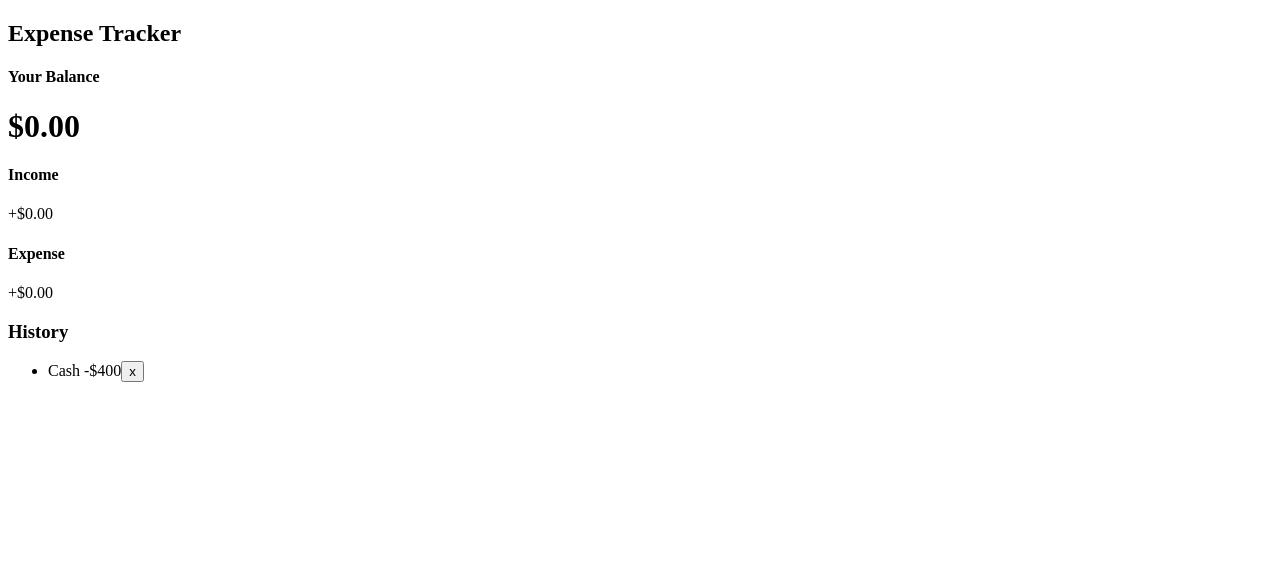
Repository: Youvelop/expenseTracker
Page: index.html
The author's editor kept a copy of each file at every save. The page is drawn from the files as they stood at one save, then again after the next save.
The browser window is 1280 px wide. The pictures show the whole page.

Above is the page before, as saved 2020-06-30 12:34:59.

After the next save:
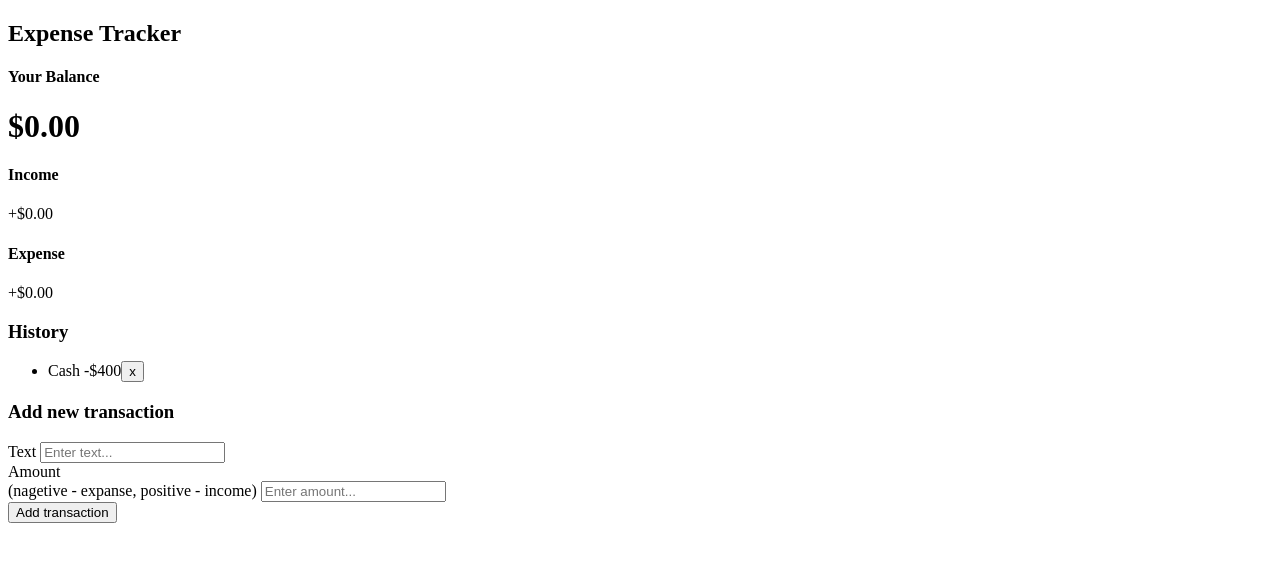
Saved 3 min 43 s later.
--- a/index.html
+++ b/index.html
@@ -23,15 +23,30 @@
           <p id="money-minus" class="money minus">+$0.00</p>
         </div>
       </div>
+
+      <h3>History</h3>
+      <ul id="list" class="list">
+        <li class="minus">
+          Cash <span>-$400</span><button class="delete-btn">x</button>
+        </li>
+      </ul>
+
+      <h3>Add new transaction</h3>
+      <form id="form">
+        <div class="form-control">
+          <label for="text">Text</label>
+          <input type="text" id="text" placeholder="Enter text..." />
+        </div>
+        <div class="form-control">
+          <label for="amount"
+            >Amount <br />
+            (nagetive - expanse, positive - income)</label
+          >
+          <input type="number" id="amount" placeholder="Enter amount..." />
+        </div>
+        <button class="btn">Add transaction</button>
+      </form>
     </div>
-
-    <h3>History</h3>
-    <ul id="list" class="list">
-      <li class="minus">
-        Cash <span>-$400</span><button class="delete-btn">x</button>
-      </li>
-    </ul>
-
     <script src="script.js"></script>
   </body>
 </html>
